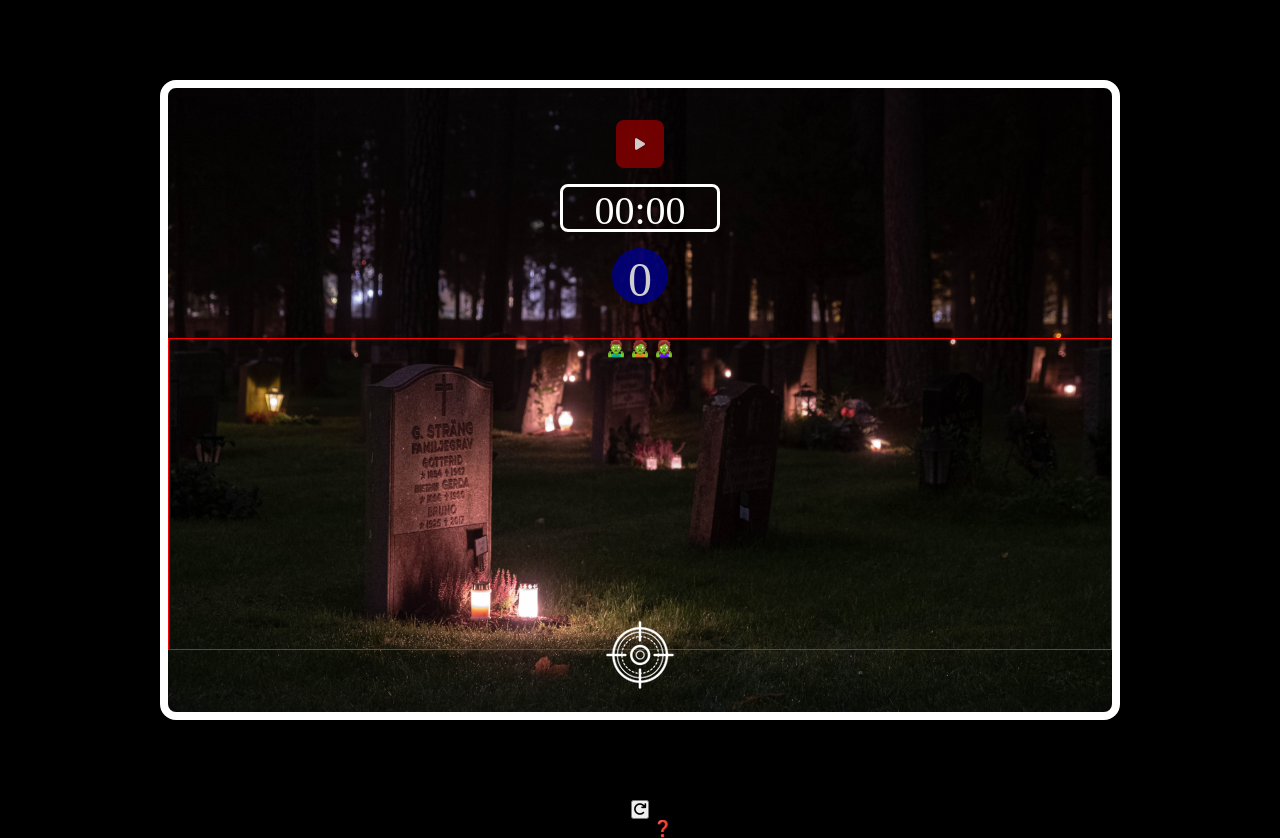
Repository: MrJinkyu/ZombieGame
Page: index.html
An editor plug-in stored every save of this project. The page is shown before and after the next save, followed by the edit.
The browser window is 1280 px wide. The pictures show the whole page.
Some web libraries are served in a nearby version.

Above is the page before, as saved 2023-04-08 22:15:52.

### index.html
<!DOCTYPE html>
<html lang="en">
<head>
    <meta charset="UTF-8">
    <meta http-equiv="X-UA-Compatible" content="IE=edge">
    <meta name="viewport" content="width=device-width, initial-scale=1.0">
    <title>Zombie Game</title>
    <link rel="stylesheet" href="style.css">
    <script src="main.js" defer></script>
    <script src="https://kit.fontawesome.com/83424fe51a.js" crossorigin="anonymous"></script>
</head>
<body>
    <section class="game">
        <haeder class="game__header">
            <img src="img/target.png" alt="target" class="game__target">
            <button class="game__btn">
                <i class="fa-sharp fas fa-play"></i>
            </button>
            <span class="game__timer">00:00</span>
            <span class="game__score">0</span>
        </haeder>
        <section class="game__field">
            <span id="zombie1" class="zombie">🧟‍♂️</span>
            <span id="zombie2" class="zombie">🧟</span>
            <span id="zombie3" class="zombie">🧟‍♀️</span>
        </section>
    </section>
    <section class="pop-up">
        <button class="pop-up__refresh">
            <i class="fa fa-rotate-right"></i>
        </button>
        <div class="pop-up__message">Replay❓</div>
    </section>
</body>
</html>

### style.css
*{
    box-sizing: border-box;
    margin: 0;
    padding: 0;
}

body{
    text-align: center;
    background-color: black;
}

.game{
    background: url('img/background.jpg') center/cover;
    margin: 5rem auto;
    width: 60rem;
    height: 40rem;
    border: 0.5rem solid white;
    border-radius: 1rem;
}

.game__header{
    display: flex;
    flex-direction: column;
    align-items: center;
    height: 40%;
}

.game__target{
    position: absolute;
    bottom: 5px;
}

.game__btn{
    margin-top: 2rem;
    width: 3rem;
    height: 3rem;
    background-color: darkred;
    color: white;
    border: none;
    border-radius: 0.5rem;
    outline: none;
    opacity: 0.8;
    transition: all 300ms ease-in;
}

.game__btn:hover{
    transform: scale(1.1);
    opacity: 1;
}

.game__timer{
    margin-top: 1rem;
    width: 10rem;
    height: 3rem;
    border-radius: 0.5rem;
    border: 3px solid white;
    color: white;
    line-height: 3rem;
    font-size: 2.5rem;
    cursor: auto;
    user-select: none;
}

.game__score{
    margin-top: 1rem;
    width: 3.5rem;
    height: 3.5rem;
    font-size: 3rem;
    line-height: 4rem;
    border-radius: 50%;
    background-color: darkblue;
    color: white;
    cursor: auto;
    user-select: none;
    opacity: 0.8;
}

.game__field{
    width: 100%;
    height: 50%;
    border: 1px solid red;
}

Loaded but not shown: main.js (no copy from this time; the picture is the same without it)

After the next save:
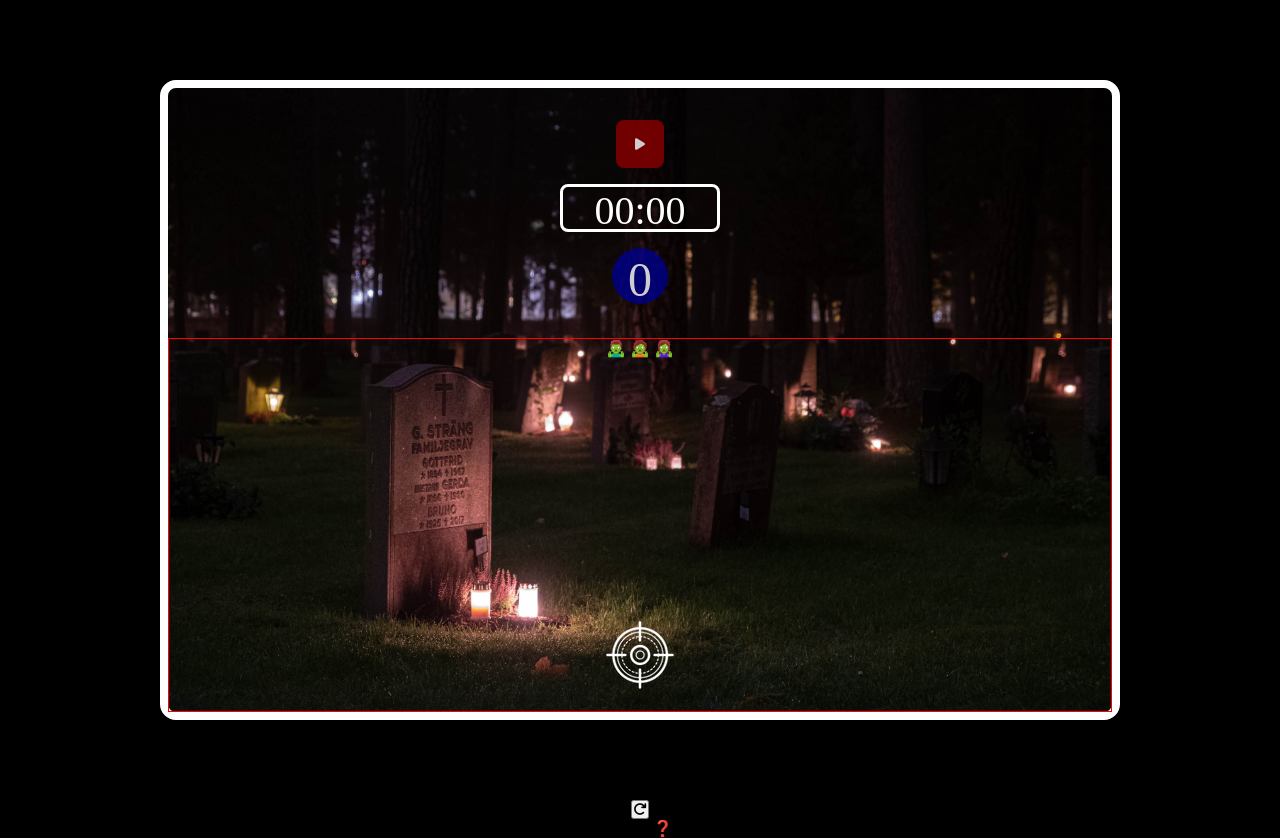
Saved 10 s later.
--- a/style.css
+++ b/style.css
@@ -77,6 +77,6 @@ body{
 
 .game__field{
     width: 100%;
-    height: 50%;
+    height: 60%;
     border: 1px solid red;
 }
